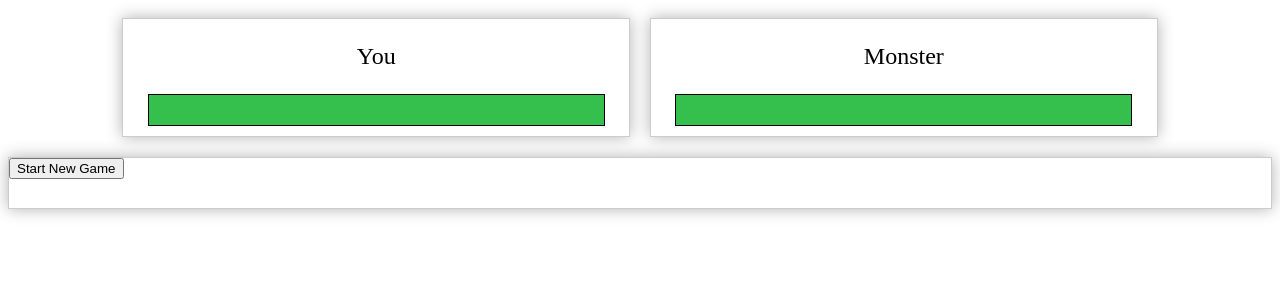
Repository: jakublack/game-fight-vue
Page: /
An editor plug-in stored every save of this project. The page is shown before and after a run of saves, followed by the edit.
The browser window is 1280 px wide. The pictures show the whole page.
The project was rebuilt for these pictures with package versions that can differ from the ones it lists, and the page was loaded fresh each time.

Above is the page before, as saved 2018-08-08 20:50:12.

### public/index.html
<!DOCTYPE html>
<html lang="en">
  <head>
    <meta charset="utf-8">
    <meta http-equiv="X-UA-Compatible" content="IE=edge">
    <meta name="viewport" content="width=device-width,initial-scale=1.0">
    <link rel="icon" href="<%= BASE_URL %>favicon.ico">
    <title>game-app</title>
  </head>
  <body>
    <noscript>
      <strong>We're sorry but game-app doesn't work properly without JavaScript enabled. Please enable it to continue.</strong>
    </noscript>
    <div id="app"></div>
    <!-- built files will be auto injected -->
  </body>
</html>

### src/components/Game.vue
<template>
  <div class="wrapper--app">
    <div class="wrapper--person">
      <div class="person--player">
        <p>You</p>
        <div class="person--health player--health"></div>
      </div>
      <div class="person--player">
        <p>Monster</p>
        <div class="person--health monster--health"></div>
      </div>
    </div>
    <div class="wrapper-action">
      <button>Start New Game</button>
    </div>


  </div>

</template>

<script>
export default {
  name: 'Game',

}
</script>

<!-- Add "scoped" attribute to limit CSS to this component only -->
<style scss scoped>

.wrapper--person {
  text-align: center;
}

.person--player {
  width: 40%;
  display: inline-block;
  margin: 10px;
  text-align: center;
  border: 1px solid #ccc;
  box-shadow: 0px 0px 15px 0px rgba(0,0,0,0.3);
}

.person--player p {
  font-size: 24px;
}

.person--health {
  width: 90%;
  height: 30px;
  margin: 10px auto;
  background-color: #35BF4D;
  border: 1px solid #000;
}
.wrapper-action {
  width: 80% + 20px;
  height: 50px;

  margin: 10px auto;
  border: 1px solid #ccc;
  box-shadow: 0px 0px 15px 0px rgba(0,0,0,0.3);

}



</style>

Loaded but not shown: src/main.js (common file); src/App.vue (common file)

After the next 2 saves:
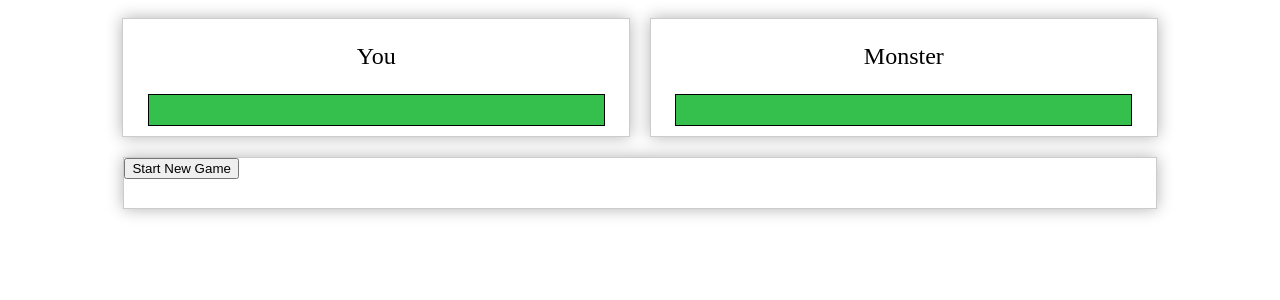
The 2 saves are shown as one change because they came seconds apart.
The last was saved 13 s later.
--- a/src/components/Game.vue
+++ b/src/components/Game.vue
@@ -54,7 +54,7 @@ export default {
   border: 1px solid #000;
 }
 .wrapper-action {
-  width: 80% + 20px;
+  width: calc(80% + 20px);
   height: 50px;
 
   margin: 10px auto;
